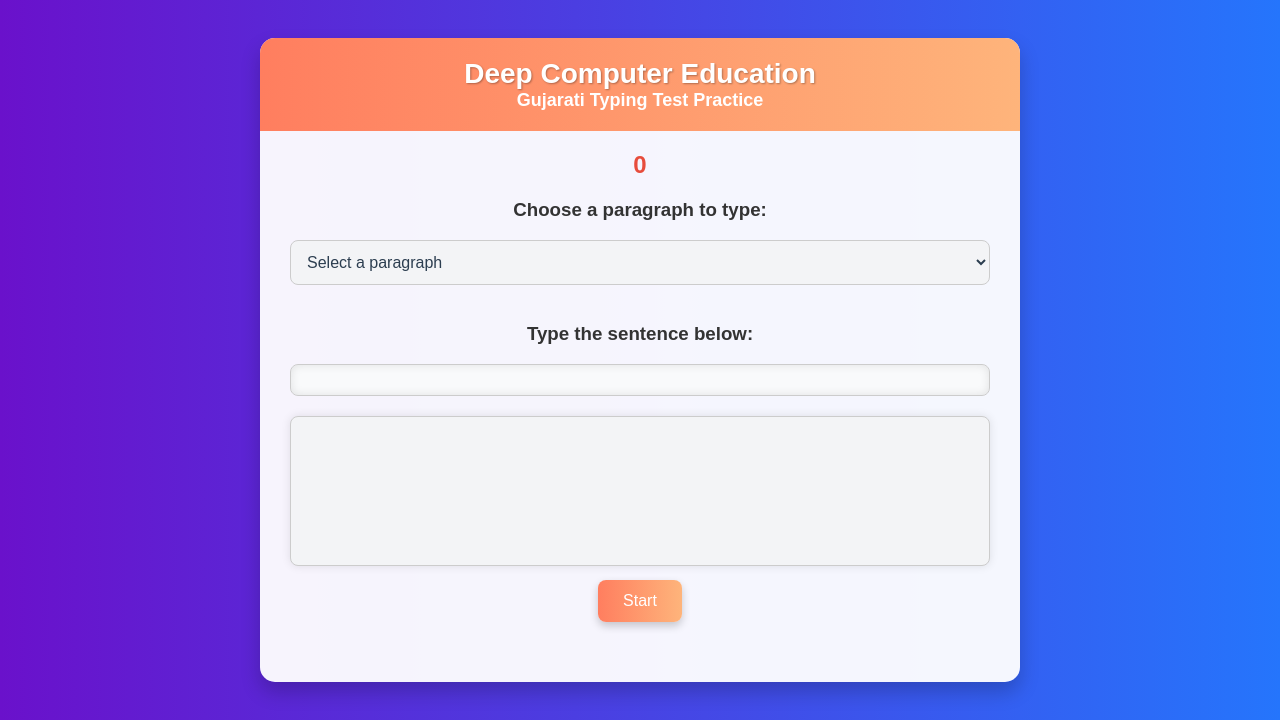
Repository: ssj27072002/Gujarati-typing-test
Page: typingGame/index.html
An editor plug-in stored every save of this project. The page is shown before and after the next save, followed by the edit.
The browser window is 1280 px wide. The pictures show the whole page.

Above is the page before, as saved 2024-06-13 10:50:58.

### typingGame/index.html
<!DOCTYPE html>
<html lang="en">
<head>
    <meta charset="UTF-8">
    <title>Gujarati Typing Test</title>
    <link rel="stylesheet" href="css/style.css">
</head>
<body>
    <div class="typing-section">
        <div class="header">
            <h1>Deep Computer Education</h1>
            <h2>Gujarati Typing Test Practice</h2>
        </div>
        <div class="timer-div">
            <div id="show-time" class="timer">0</div>
        </div>
        <h3>Choose a paragraph to type:</h3>
        <select id="paragraphSelector" class="styled-select">
            <option value="">Select a paragraph</option>
            <option value="1">Paragraph 1</option>
            <option value="2">Paragraph 2</option>
            <option value="3">Paragraph 3</option>
        </select>
        <h3>Type the sentence below:</h3>
        <div id="showSentence" class="scrollable-paragraph"></div>
        <textarea id="textarea" class="styled-textarea" disabled></textarea>
        <button id="btn" class="styled-button">Start</button>
        <div id="score"></div>
    </div>
    <script src="js/index.js"></script>
</body>
</html>

### typingGame/css/style.css
/* General Styles */
body {
    font-family: 'Arial', sans-serif;
    background: linear-gradient(to right, #6a11cb, #2575fc);
    color: #333;
    margin: 0;
    padding: 0;
    display: flex;
    justify-content: center;
    align-items: center;
    height: 100vh;
    overflow: auto; /* Allow vertical scrolling */
}

/* Scrollbar Styles */
body::-webkit-scrollbar {
    width: 10px;
}

body::-webkit-scrollbar-track {
    background: #f1f1f1;
}

body::-webkit-scrollbar-thumb {
    background: #888;
    border-radius: 10px;
}

body::-webkit-scrollbar-thumb:hover {
    background: #555;
}

/* Container Styles */
.typing-section {
    background: rgba(255, 255, 255, 0.95);
    padding: 30px;
    border-radius: 15px;
    box-shadow: 0 10px 20px rgba(0, 0, 0, 0.2);
    max-width: 700px;
    width: 100%;
    text-align: center;
    animation: fadeIn 1s ease-out;
    margin: 20px 0; /* Add margin for better spacing */
    perspective: 1000px; /* Enable 3D effects */
}

/* Header Styles */
.header {
    background: linear-gradient(to right, #ff7e5f, #feb47b);
    padding: 20px;
    border-radius: 15px 15px 0 0;
    color: white;
    margin: -30px -30px 20px;
    animation: slideInDown 1s ease-out;
    transform: rotateY(0deg); /* 3D rotation */
}

.header h1 {
    font-size: 28px;
    margin: 0;
    text-shadow: 1px 1px 2px rgba(0, 0, 0, 0.3);
    transform: rotateY(0deg); /* 3D rotation */
    transition: transform 0.5s;
}

.header h1:hover {
    transform: rotateY(360deg); /* 3D rotation on hover */
}

.header h2 {
    font-size: 18px;
    margin: 0;
    color: #fff;
}

/* Timer Styles */
.timer {
    font-size: 24px;
    color: #e74c3c;
    margin-bottom: 20px;
    font-weight: bold;
}

/* Select Styles */
.styled-select {
    padding: 12px;
    font-size: 16px;
    border: 1px solid #ccc;
    border-radius: 8px;
    width: 100%;
    max-width: 100%;
    box-sizing: border-box;
    margin-bottom: 20px;
    background: #f3f4f6;
    color: #2c3e50;
    transition: all 0.3s ease;
    animation: slideIn 1s ease-out;
}

.styled-select:hover {
    border-color: #3498db;
}

/* Paragraph Styles */
.scrollable-paragraph {
    max-height: 200px;
    overflow-y: auto;
    border: 1px solid #ccc;
    padding: 15px;
    border-radius: 8px;
    margin-bottom: 20px;
    background: #f9fafb;
    color: #2c3e50;
    animation: slideIn 1s ease-out;
    box-shadow: inset 0 0 10px rgba(0, 0, 0, 0.1); /* Inner shadow */
}

/* Textarea Styles */
.styled-textarea {
    width: 100%;
    height: 150px;
    padding: 15px;
    font-size: 16px;
    border: 1px solid #ccc;
    border-radius: 8px;
    box-sizing: border-box;
    margin-bottom: 20px;
    resize: none;
    background: #f3f4f6;
    color: #2c3e50;
    transition: all 0.3s ease;
    animation: fadeIn 1s ease-out;
    box-shadow: 0 0 10px rgba(0, 0, 0, 0.1); /* Outer shadow */
}

.styled-textarea:focus {
    border-color: #3498db;
    outline: none;
    background: #e6e9ef;
    box-shadow: 0 0 15px rgba(52, 152, 219, 0.5); /* Glowing effect */
}

/* Button Styles */
.styled-button {
    background: linear-gradient(to right, #ff7e5f, #feb47b);
    color: white;
    padding: 12px 25px;
    font-size: 16px;
    border: none;
    border-radius: 8px;
    cursor: pointer;
    transition: background 0.3s ease, transform 0.3s ease;
    box-shadow: 0 4px 8px rgba(0, 0, 0, 0.2);
    animation: bounce 2s infinite;
    transform-style: preserve-3d; /* 3D effect */
}

.styled-button:hover {
    background: linear-gradient(to right, #feb47b, #ff7e5f);
    transform: translateY(-2px) rotateX(10deg); /* 3D rotation on hover */
}

/* Score Styles */
#score {
    margin-top: 20px;
    font-size: 20px;
    color: #27ae60;
}

/* Keyframes for Animations */
@keyframes fadeIn {
    from {
        opacity: 0;
        transform: translateY(-20px);
    }
    to {
        opacity: 1;
        transform: translateY(0);
    }
}

@keyframes textGlow {
    from {
        text-shadow: 0 0 10px rgba(255, 255, 255, 0.8);
    }
    to {
        text-shadow: 0 0 20px rgba(255, 255, 255, 1);
    }
}

@keyframes slideIn {
    from {
        opacity: 0;
        transform: translateX(-100px);
    }
    to {
        opacity: 1;
        transform: translateX(0);
    }
}

@keyframes slideInDown {
    from {
        opacity: 0;
        transform: translateY(-50px);
    }
    to {
        opacity: 1;
        transform: translateY(0);
    }
}

@keyframes bounce {
    0%, 100% {
        transform: translateY(0);
    }
    50% {
        transform: translateY(-10px);
    }
}

### typingGame/js/index.js
const typing_ground = document.querySelector('#textarea');
const btn = document.querySelector('#btn');
const score = document.querySelector('#score');
const show_sentence = document.querySelector('#showSentence');
const show_time = document.querySelector('#show-time');
const paragraphSelector = document.getElementById('paragraphSelector');

let startTime, endTime, totalTimeTaken, sentence_to_write;

const paragraphs = {
    1: `પ્રેમાનંદ અથવા પ્રેમાનંદ ભટ્ટ મધ્યકાલીન ગુજરાતી કવિ અને માણભટ્ટ આખ્યાનકાર હતા, જેઓ તેમની અખૈયા રચનાઓ માટે જાણીતા છે. પ્રેમાનંદ માણભટ્ટની પરંપરાનાં કવિ મનાય છે. માણ ઉપર હાથથી તાલ આપીને કથાપ્રસંગોનું પઠન અને ગાયન કરવામાં કુશળ પ્રેમાનંદે સાભિનય રજુઆત દ્વારા આખ્યાન લોકપ્રિય કર્યાં હતા. ગુજરાતી સાહિત્યમાં આખ્યાનોની શરૂઆત પ્રેમાનંદ દ્વારા થયેલી હોવાનું મનાય છે. ગુજરાતી ભાષાના સર્વોત્તમ આખ્યાન કવિ તરીકે પ્રખ્યાત થયેલા પ્રેમાનંદે લોકસમુદાયમાં આનંદ સાથે વિચારશક્તિ આપતી અનેક આખ્યાન રચનાઓ ગુંજાતી કરી હતી. તેમનાં જમાનામાં તેઓ 'રાસકવિ' તરીકે ઓળખાતાં હતાં. નરસિંહ મહેતા અને સુદામા જેવા ભક્તોનાં જીવનપ્રસંગો તથા પુરાણોમાંથી કથાવસ્તુ લઇ તેમણે આખ્યાનો રચેલાં. આખ્યાન તો કથનની કળા છે.
પ્રેમાનંદ કથનકળામાં પ્રવિણ હોવા સાથે વર્ણનો, પાત્રાલેખન, રસનિરુપણ અને વાતાવરણચિત્રણમાં પણ કુશળ હતાં. એમનાં આખ્યાનોને ઉત્તમ બનાવવામાં એમની ભાષાશક્તિ અને રસનિરુપણ શક્તિનો મહત્ત્વનો ફાળો હતો. તેમનાં સમયનાં મુઘલરાજા અને ગુજરાત પ્રદેશનાં શાસક ઔરંગઝેબ તેમને મહાકવિ પ્રેમાનંદ કહીને બોલાવતા. પ્રેમાનંદના જીવન વિશે આપણે ત્યાં લગભગ ત્રણ સદીથી ચર્ચા ચાલે છે. પ્રેમાનંદનાં જીવન વિશે વિશ્વાસપાત્ર હકીકત બહુ ઓછી જોવા મળે છે. એમની ઘણી કૃતિઓમાં રચનાવર્ષ આપ્યા છે તેવી કૃતિઓમાં સૌપ્રથમ કૃતિ ચંદ્રહાસ આખ્યાન આશરે ઈ.સ ૧૬૬૧માં અને ઓખા હરણ સંભવત ઈ.સ. ૧૬૬૭માં રચાયેલ હોવાનું મનાય છે.
પ્રેમાનંદ વડોદરાના વતની હતા. તેઓ વડોદરાનાં વાડી મહોલ્લામાં રહેતાં હતાં. તેઓ ચોવિસા મેવાડા બ્રાહ્મણ હતાં. તેમનાં પિતાનું નામ કૃષ્ણરામ હતુ. તેમની પત્નીનું નામ હરકોર ભટ્ટ હતું. તેમનો એક પુત્ર હતો જેનું નામ વલ્લભભટ્ટ હતું. આખ્યાનો કરવાં અને માણભટ્ટ એટલે કે કથાકારનો એમનો વ્યવસાય હતો. વ્યવસાય અર્થે એમણે થોડાંક વર્ષો દક્ષિણ ગુજરાતમાં સુરત અને ત્યાંથી ખાનદેશમાં નંદનબાર અને બુરહાનપુરામાં વિતાવેલાં.
`,
    2: 'સૂરત એક મહત્વપૂર્ણ વ્યાપારી શહેર છે, જે પોતાના હીરાના વેપાર અને કાપડ ઉદ્યોગ માટે જાણીતું છે. આ શહેરમાં ઘણા સુંદર બાગો અને મલ્ટીપ્લેક્સ સિનેમા છે.',
    3: 'વડોદરા શહેર એ પોતાના સંસ્કૃતિક અને શૈક્ષણિક કેન્દ્ર માટે જાણીતું છે. આ શહેરમાં ઘણા મ્યુઝિયમ્સ, પાર્ક્સ અને શૈક્ષણિક સંસ્થાઓ છે.'
};

const calculateTypingSpeed = (time_taken) => {
    let totalWords = typing_ground.value.trim();
    let actualWordsArray = totalWords === '' ? [] : totalWords.split(/\s+/);
    let correctWords = errorChecking(actualWordsArray);

    if (correctWords !== 0) {
        let typing_speed = (correctWords / time_taken) * 60;
        typing_speed = Math.round(typing_speed);
        score.innerHTML = `Your typing speed is ${typing_speed} words per minute & you wrote ${correctWords} correct words out of ${sentence_to_write.length} words & time taken ${time_taken} sec`;
    } else {
        score.innerHTML = `Your typing speed is 0 words per minute & time taken ${time_taken} sec`;
    }
};

const endTypingTest = () => {
    btn.innerText = "Start";
    clearInterval(intervalID);
    let date = new Date();
    endTime = date.getTime();

    totalTimeTaken = (endTime - startTime) / 1000;

    calculateTypingSpeed(totalTimeTaken);

    show_sentence.innerHTML = "";
    typing_ground.value = "";
};

let intervalID, elapsedTime = 0;

const showTimer = () => {
    if (btn.innerText === "Done") {
        intervalID = setInterval(() => {
            elapsedTime++;
            show_time.innerHTML = elapsedTime;
        }, 1000);
    } else if (btn.innerText === "Start") {
        elapsedTime = 0;
        clearInterval(intervalID);
        show_time.innerHTML = "";
    }
};

const errorChecking = (userWords) => {
    let num = 0;
    sentence_to_write = show_sentence.innerHTML.trim().split(/\s+/);

    for (let i = 0; i < userWords.length; i++) {
        if (userWords[i] === sentence_to_write[i]) {
            num++;
        }
    }
    return num;
};

const startTyping = () => {
    let selectedValue = paragraphSelector.value;
    if (selectedValue) {
        show_sentence.innerHTML = paragraphs[selectedValue];
        let date = new Date();
        startTime = date.getTime();
        btn.innerText = "Done";
        showTimer();
    } else {
        alert("Please select a paragraph first!");
    }
};

btn.addEventListener('click', () => {
    switch (btn.innerText.toLowerCase()) {
        case "start":
            typing_ground.removeAttribute('disabled');
            startTyping();
            break;
        case "done":
            typing_ground.setAttribute('disabled', 'true');
            endTypingTest();
            break;
    }
});

// paragraphSelector.addEventListener("change", function() {
//     show_sentence.innerHTML = "";
//     typing_ground.value = "";
//     typing_ground.setAttribute('disabled', 'true');
//     btn.innerText = "Start";
//     elapsedTime = 0;
//     clearInterval(intervalID);
//     show_time.innerHTML = "0";
//     score.innerHTML = "";
// });

paragraphSelector.addEventListener('change', () => {
    const selectedValue = paragraphSelector.value;
    if (selectedValue) {
        showSentence.textContent = paragraphs[selectedValue];
        textarea.disabled = false;
    } else {
        showSentence.textContent = '';
        textarea.disabled = true;
    }
});

textarea.addEventListener('contextmenu', (e) => {
    e.preventDefault();
});

// Disable copy
textarea.addEventListener('copy', (e) => {
    e.preventDefault();
});

// Disable cut
textarea.addEventListener('cut', (e) => {
    e.preventDefault();
});

// Disable paste
textarea.addEventListener('paste', (e) => {
    e.preventDefault();
});

After the next save:
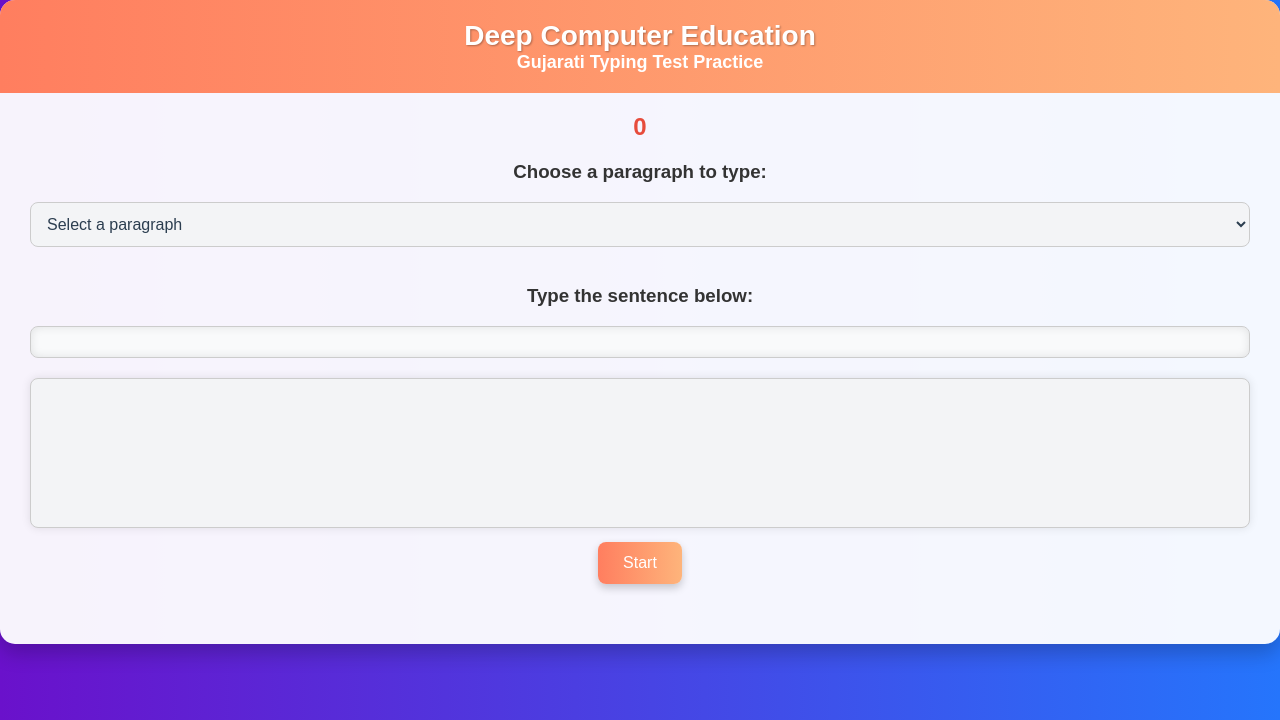
Saved 83 s later.
--- a/typingGame/css/style.css
+++ b/typingGame/css/style.css
@@ -8,26 +8,8 @@
     display: flex;
     justify-content: center;
     align-items: center;
-    height: 100vh;
+    height: 100%;
     overflow: auto; /* Allow vertical scrolling */
-}
-
-/* Scrollbar Styles */
-body::-webkit-scrollbar {
-    width: 10px;
-}
-
-body::-webkit-scrollbar-track {
-    background: #f1f1f1;
-}
-
-body::-webkit-scrollbar-thumb {
-    background: #888;
-    border-radius: 10px;
-}
-
-body::-webkit-scrollbar-thumb:hover {
-    background: #555;
 }
 
 /* Container Styles */
@@ -36,11 +18,9 @@
     padding: 30px;
     border-radius: 15px;
     box-shadow: 0 10px 20px rgba(0, 0, 0, 0.2);
-    max-width: 700px;
     width: 100%;
     text-align: center;
     animation: fadeIn 1s ease-out;
-    margin: 20px 0; /* Add margin for better spacing */
     perspective: 1000px; /* Enable 3D effects */
 }
 
